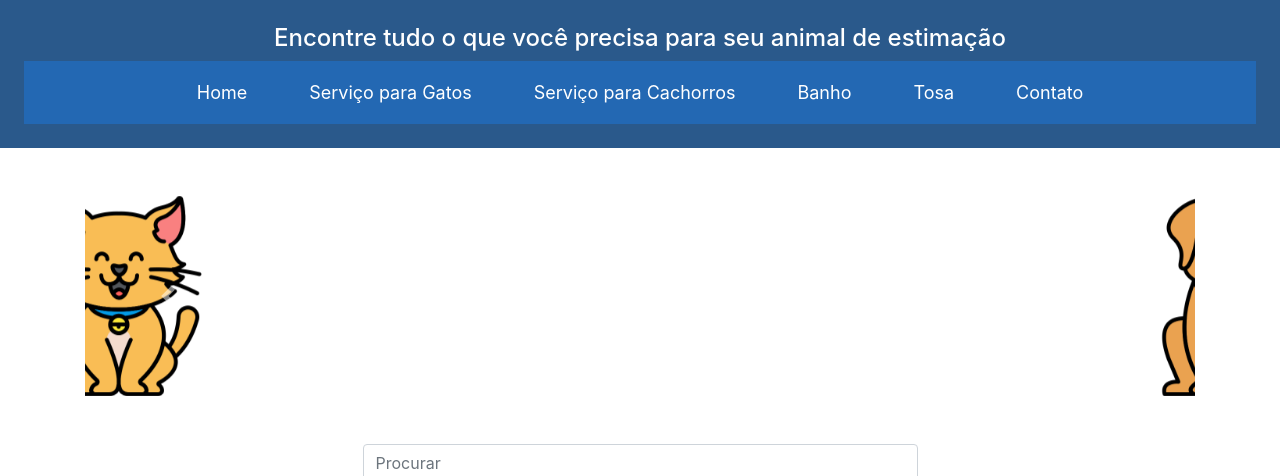
Repository: graeff01/petshop-project
Page: index.html
An editor plug-in stored every save of this project. The page is shown before and after the next save, followed by the edit.
The browser window is 1280 px wide. The pictures show the part of the page from y = 0 to 476 px (the page is 1856 px tall before and 1656 px after).
A picture or video elsewhere on the page could not be fetched, so the positions and the page height are approximate.

Above is the page before, as saved 2024-09-18 11:09:31.

### index.html
<!DOCTYPE html>
<html lang="pt-br">
<head>
    <meta charset="UTF-8">
    <meta name="viewport" content="width=device-width, initial-scale=1.0">
    <title>PetShop - Home</title>
    <link rel="stylesheet" href="css/style.css">
    <link href="https://maxcdn.bootstrapcdn.com/bootstrap/4.5.2/css/bootstrap.min.css" rel="stylesheet">
</head>
<body>
    <!-- Cabeçalho com menu de navegação -->
    <header class="blue-background text-center p-4">
        <h1>Encontre tudo o que você precisa para seu animal de estimação</h1>
        <nav>
            <ul class="nav justify-content-center">
                <li class="nav-item">
                    <a class="nav-link active" href="index.html">Home</a>
                </li>
                <li class="nav-item">
                    <a class="nav-link" href="gato.html">Serviço para Gatos</a>
                </li>
                <li class="nav-item">
                    <a class="nav-link" href="dog.html">Serviço para Cachorros</a>
                </li>
                <li class="nav-item">
                    <a class="nav-link" href="banho.html">Banho</a>
                </li>
                <li class="nav-item">
                    <a class="nav-link" href="tosa.html">Tosa</a>
                </li>
                <li class="nav-item">
                    <a class="nav-link" href="contato.html">Contato</a>
                </li>
            </ul>
        </nav>
    </header>

    <!-- Carrossel de Imagens -->
    <section class="carousel-section container mt-5">
        <div id="carouselExampleIndicators" class="carousel slide" data-ride="carousel">
            <ol class="carousel-indicators">
                <li data-target="#carouselExampleIndicators" data-slide-to="0" class="active"></li>
                <li data-target="#carouselExampleIndicators" data-slide-to="1"></li>
                <li data-target="#carouselExampleIndicators" data-slide-to="2"></li>
            </ol>
            <div class="carousel-inner">
                <div class="carousel-item active">
                    <img class="d-block w-100" src="img/cat.png" alt="Primeira imagem">
                </div>
                <div class="carousel-item">
                    <img class="d-block w-100" src="img/dog.png" alt="Segunda imagem">
                </div>
                <div class="carousel-item">
                    <img class="d-block w-100" src="img/dog.png" alt="Terceira imagem">
                </div>
            </div>
            <a class="carousel-control-prev" href="#carouselExampleIndicators" role="button" data-slide="prev">
                <span class="carousel-control-prev-icon" aria-hidden="true"></span>
                <span class="sr-only">Previous</span>
            </a>
            <a class="carousel-control-next" href="#carouselExampleIndicators" role="button" data-slide="next">
                <span class="carousel-control-next-icon" aria-hidden="true"></span>
                <span class="sr-only">Next</span>
            </a>
        </div>
    </section>

    <!-- Seção principal -->
    <main class="container mt-5">
        <input type="text" placeholder="Procurar" class="form-control w-50 mx-auto my-3 search-bar">
        <div class="d-flex justify-content-center mb-4">
            <div class="animal-category mx-2">
                <a href="gato.html">
                    <div class="image-container">
                        <img src="img/cat.png" alt="Cats" class="img-thumbnail">
                        <div class="overlay">Cats</div>
                    </div>
                </a>
            </div>
            <div class="animal-category mx-2">
                <a href="dog.html">
                    <div class="image-container">
                        <img src="img/dog.png" alt="Dogs" class="img-thumbnail">
                        <div class="overlay">Dogs</div>
                    </div>
                </a>
            </div>
        </div>
    </main>

    <!-- Seção de Fidelidade -->
    <section class="membership text-center p-4">
        <div class="membership-content d-flex align-items-center justify-content-center">
            <div class="membership-text text-center">
                <h3>Torne-se um membro<br>E obtenha desconto</h3>
                <a href="cliente.html" class="btn btn-dark">Virar Membro</a>
            </div>
            <div class="membership-image">
                <img src="img/fidelidade.jpg" alt="Gift" class="img-fluid">
            </div>
        </div>
    </section>

    <!-- Conselhos -->
    <main class="container mt-5">
        <div class="advice-section d-flex justify-content-center align-items-center">
            <div class="advice-text text-center">
                <h2>Alguns bons conselhos para cuidar de seu animal de estimação</h2><br><br>
                <p><strong>Paciência e compreensão:</strong> entenda que os animais de estimação têm suas personalidades. Seja paciente, especialmente durante o treinamento.</p> <br>
                <p><strong>Eduque-se:</strong> Aprenda sobre a raça, os comportamentos e os requisitos de saúde específicos de seu animal de estimação.</p><br>
                <p><strong>Preparação para emergências:</strong> Familiarize-se com a localização da clínica veterinária de emergência mais próxima.</p><br>
                <p><strong>Reforço positivo:</strong> Aprenda técnicas de reforço positivo.</p>
            </div>
            <div class="advice-image text-center">
                <img src="img/dogg.png" alt="Dog Advice" class="img-fluid">
            </div>
        </div>
    </main>

    <!-- Rodapé com informações de contato -->
    <footer class="footer mt-5 p-4 bg-light text-center">
        <div class="footer-container">
            <div class="footer-left">
                <img src="img/logo.png" alt="PetShop Logo" class="footer-logo">
            </div>
            <div class="footer-center">
                <ul class="footer-links">
                    <li><a href="index.html">Home</a></li>
                    <li><a href="gato.html">Gato</a></li>
                    <li><a href="dog.html">Cachorro</a></li>
                    <li><a href="banho.html">Banho</a></li>
                    <li><a href="tosa.html">Tosa</a></li>
                    <li><a href="contato.html">Contato</a></li>
                </ul>
            </div>
            <div class="footer-right">
                <p>Contato: (11) 1234-5678 | contato@petshop.com</p>
                <p>Autor: Douglas - Projeto Web</p>
                <div class="social-icons">
                    <a href="#"><img src="img/face.png" alt="Facebook"></a>
                    <a href="#"><img src="img/insta.png" alt="Instagram"></a>
                    <a href="#"><img src="img/x.png" alt="Twitter"></a>
                </div>
            </div>
        </div>
    </footer>

    <script src="https://code.jquery.com/jquery-3.5.1.slim.min.js"></script>
    <script src="https://cdn.jsdelivr.net/npm/@popperjs/core@2.9.2/dist/umd/popper.min.js"></script>
    <script src="https://maxcdn.bootstrapcdn.com/bootstrap/4.5.2/js/bootstrap.min.js"></script>
</body>
</html>

### css/style.css
/* Estilos globais */
body {
    font-family: Arial, sans-serif;
    margin: 0;
    padding: 0;
}

/* Cabeçalho */
header.blue-background {
    background-color: #2a598b;
    color: white;
    padding: 20px 0;
    text-align: center;
    width: 100%;
    box-sizing: border-box;
}

header.blue-background h1 {
    font-size: 24px;
}

nav ul {
    padding: 0;
    margin: 0;
    list-style-type: none;
    display: flex;
    justify-content: center;
    background-color: #2368b3;
    padding: 10px 0;
}

nav ul li {
    margin: 0 15px;
}

nav ul li a {
    color: white;
    text-decoration: none;
    font-size: 18px;
    transition: color 0.3s ease;
}

nav ul li a:hover {
    color: #ffd700;
}

/* Barra de busca */
.search-bar {
    padding: 10px;
    font-size: 16px;
    width: 50%;
    margin: 20px auto;
    border-radius: 20px;
    border: 2px solid #fff;
    transition: all 0.3s ease;
}

.search-bar:focus {
    border-color: #000;
    outline: none;
}

/* Carrossel */
.carousel-item img {
    max-height: 300px;
    max-width: 200px;
}

/* Categorias de animais */
.animal-category .image-container {
    position: relative;
    width: 150px;
    height: 150px;
}

.animal-category .image-container img {
    width: 100%;
    height: 100%;
    border-radius: 10%;
}

.animal-category .image-container .overlay {
    position: absolute;
    bottom: 0;
    background: rgba(0, 0, 0, 0.5);
    color: #fff;
    width: 100%;
    text-align: center;
    padding: 10px 0;
    font-size: 16px;
    border-radius: 0 0 10% 10%;
}

/* Seção de Membros */
section.membership {
    background-color: #2a598b;
    padding: 60px 0;
    text-align: center;
    width: 100%;
    box-sizing: border-box;
}

.membership-content {
    background-color: #fff;
    border: 1px solid #000000ee;
    border-radius: 20px;
    padding: 20px;
    display: flex;
    align-items: center;
    text-align: left;
    max-width: 900px;
    margin: auto;
}

.membership-text {
    margin-right: 20px;
    text-align: center;
}

.membership-text h3 {
    font-size: 35px;
    margin-bottom: 10px;
}

.membership-image {
    flex: 1;
    text-align: center;
}

.membership-image img {
    max-width: 500px;
    height: auto;
    border-radius: 20px;
}

/* Seção de conselhos */
.advice-section {
    display: flex;
    justify-content: space-between;
    align-items: center;
    padding: 20px 0;
}

.advice-text {
    flex: 1;
    margin-left: 80px;
}

.advice-text h2 {
    color: #2a598b;
}

.advice-text p {
    font-size: 15px;
    margin-right: 10px;
    margin-bottom: 10px;
}

.advice-image {
    flex: 1;
    margin-left: 20px;
}

.advice-image img {
    max-width: 100%;
    height: 500px;
    border-radius: 20px;
}

/* Rodapé */
.footer {
    background-color: #d5d7d8;
    padding: 20px 0;
    color: white;
    text-align: center;
    width: 100%;
}

.footer-container {
    display: flex;
    justify-content: space-between;
    align-items: center;
    max-width: 1200px;
    margin: 0 auto;
    padding: 0 20px;
    box-sizing: border-box;
}

.footer-left img {
    width: 100px;
}

.footer-center {
    flex: 1;
}

.footer-links {
    list-style-type: none;
    padding: 0;
    margin: 0;
    display: flex;
    justify-content: center;
}

.footer-links li {
    margin: 0 10px;
}

.footer-links a {
    color: rgb(35, 111, 197);
    text-decoration: none;
    font-size: 16px;
}

.footer-links a:hover {
    text-decoration: underline;
}

.footer-right .social-icons {
    display: flex;
    justify-content: center;
}

.footer-right .social-icons a {
    margin: 0 10px;
}

.footer-right .social-icons img {
    width: 30px;
    height: 30px;
}

After the next save:
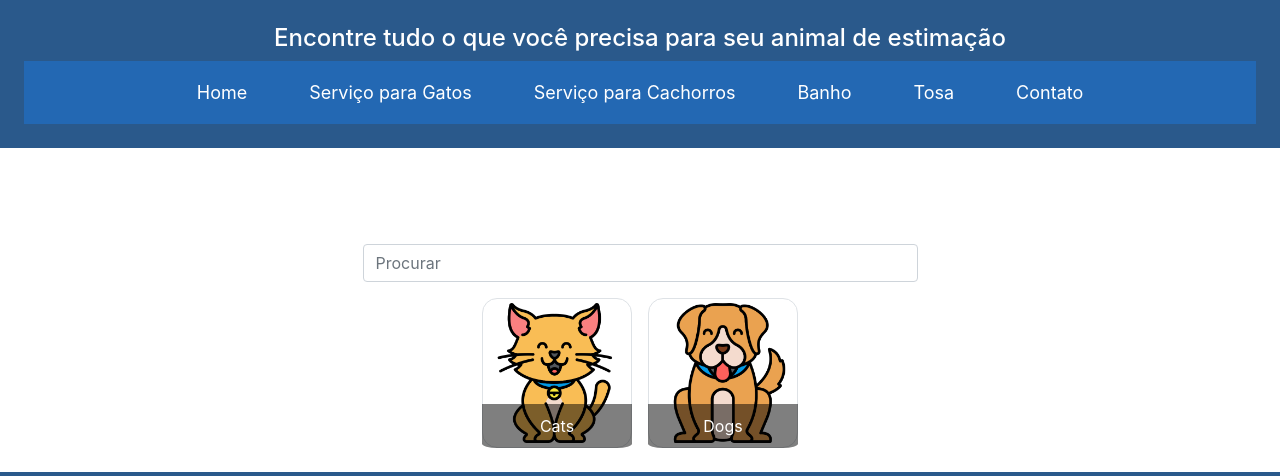
Saved 13 s later.
--- a/css/style.css
+++ b/css/style.css
@@ -62,8 +62,9 @@ nav ul li a:hover {
 
 /* Carrossel */
 .carousel-item img {
-    max-height: 300px;
-    max-width: 200px;
+    max-height: 00px;
+    min-width: 100px;
+    object-fit: cover;
 }
 
 /* Categorias de animais */
